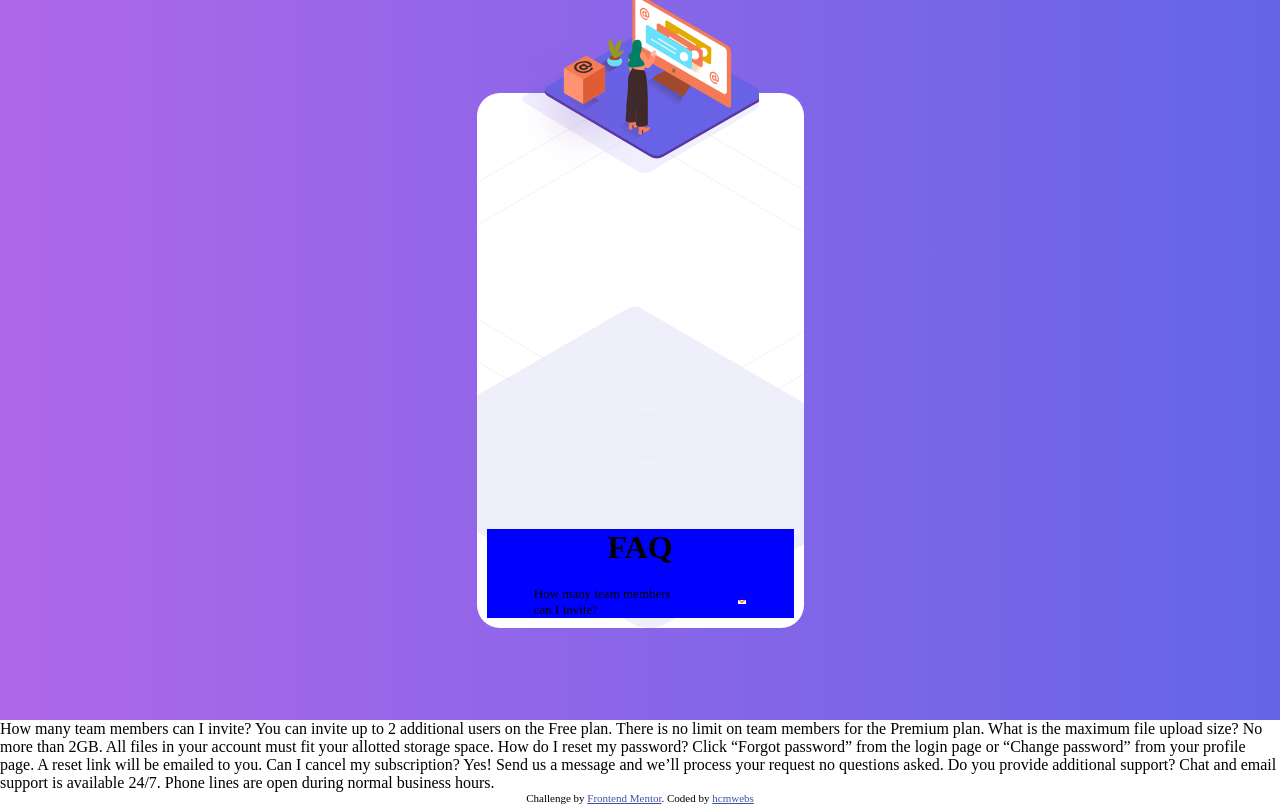
Repository: Hcmwebs/faq-accordion-card
Page: index.html
The author's editor kept a copy of each file at every save. The page is drawn from the files as they stood at one save, then again after the next save.
The browser window is 1280 px wide. The pictures show the whole page.
The style sheet was rebuilt from its Sass, Less or Tailwind sources for each picture, by a compiler version that may differ from the author's.

Above is the page before, as saved 2020-11-06 10:00:34.

After the next save:
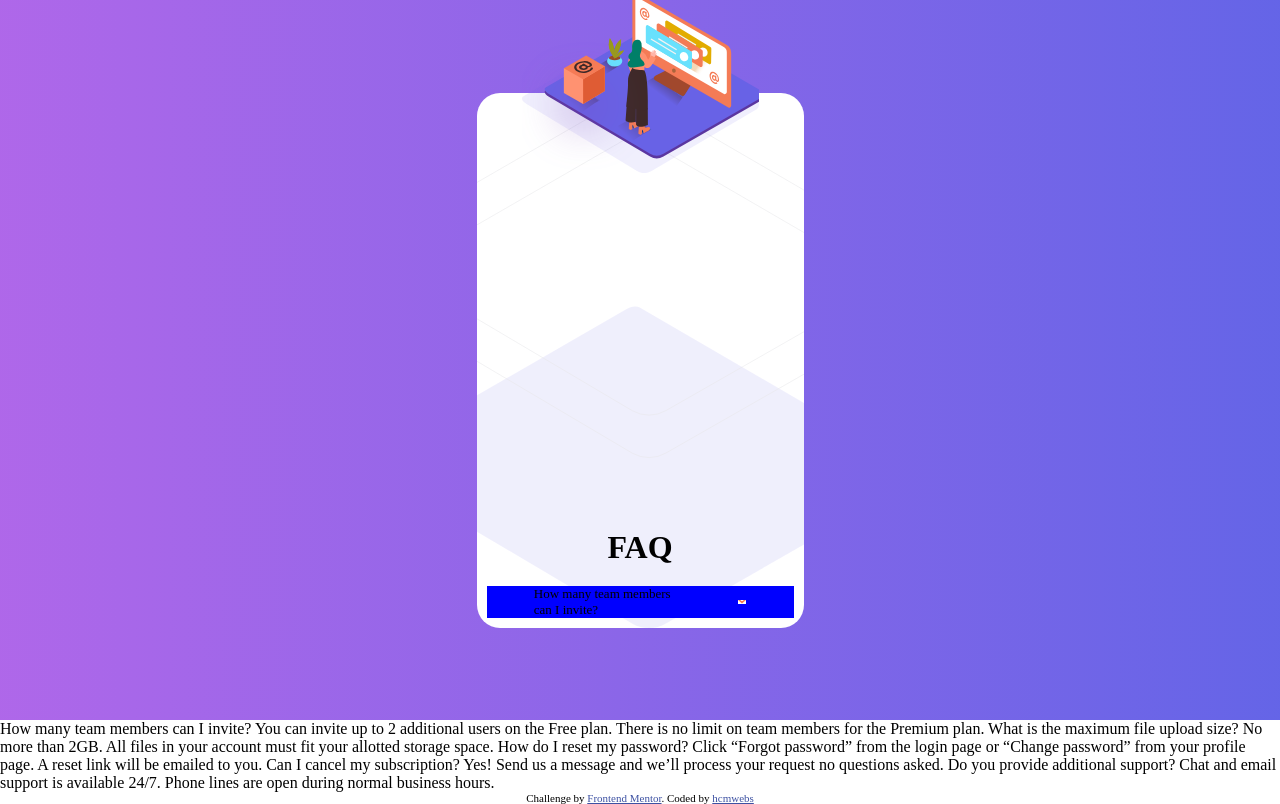
Saved 31 s later.
--- a/scss/main.scss
+++ b/scss/main.scss
@@ -87,7 +87,7 @@ font-weight: $font-light;
       @include grid($center,$center);
       grid-template-columns: 1fr;
       gap: 20px;
-      background-color: blue;
+
 
       &--title{
       font-weight: $font-bold;
@@ -97,6 +97,7 @@ font-weight: $font-light;
       }
 
       &--item{
+        background-color: blue;
         @include grid($center,$center);
 
 
